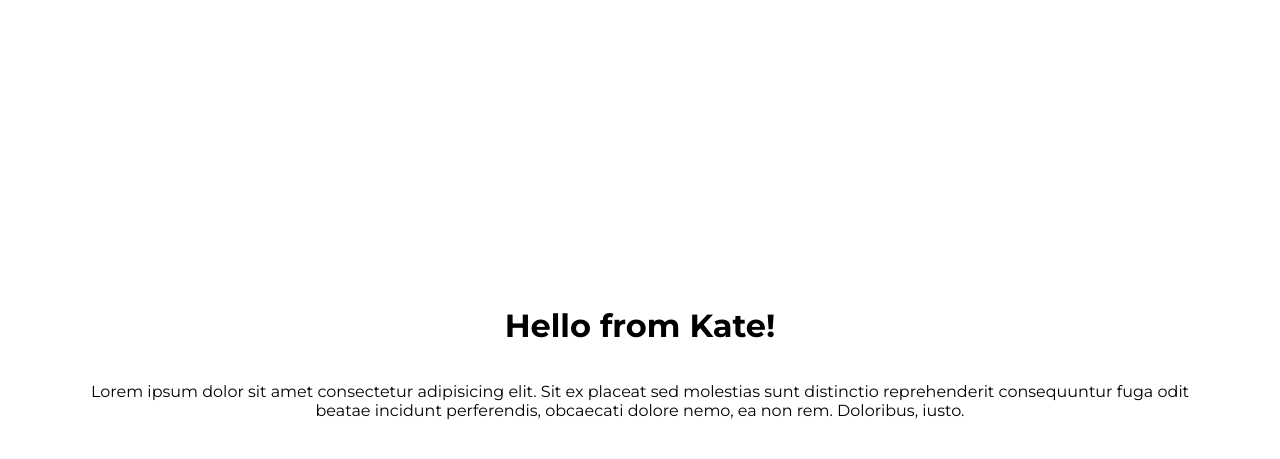
Repository: kate30980/js-practice
Page: dark-mode-toggles/index.html
These files come from the project's save history. The page is drawn as it stood at one moment and after the next save; the edit follows.
The browser window is 1280 px wide. The pictures show the whole page.

Above is the page before, as saved 2021-08-29 00:18:21.

After the next save:
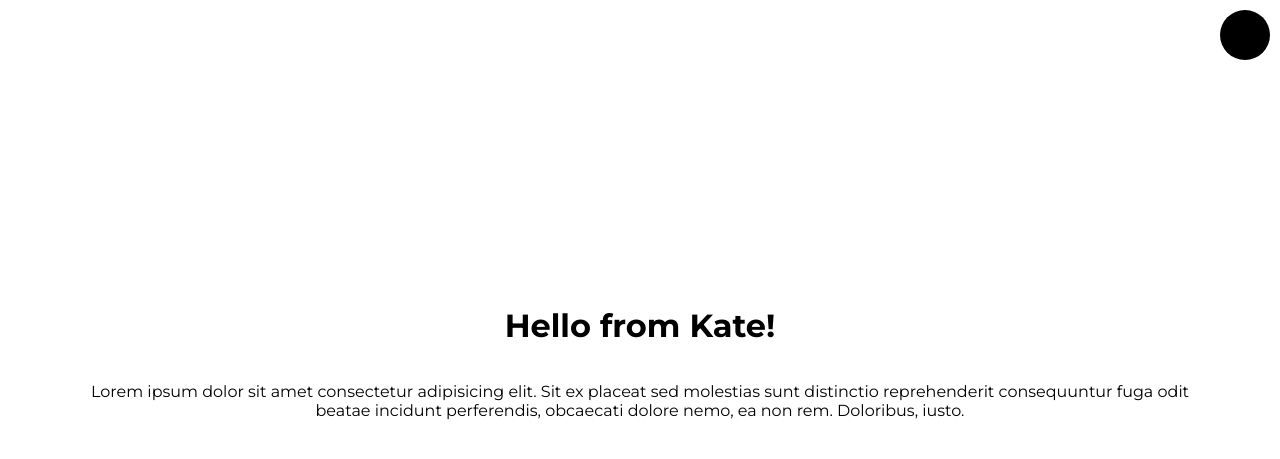
Saved 98 s later.
--- a/dark-mode-toggles/style.css
+++ b/dark-mode-toggles/style.css
@@ -24,6 +24,14 @@
 label{
     cursor: pointer;
     user-select: none;
+    background-color: black;
+    border-radius: 50%;
+    display: inline-block;
+    width: 50px;
+    height: 50px;
+}
+body.dark label{
+    background-color:white;
 }
 input{
     visibility: hidden;
